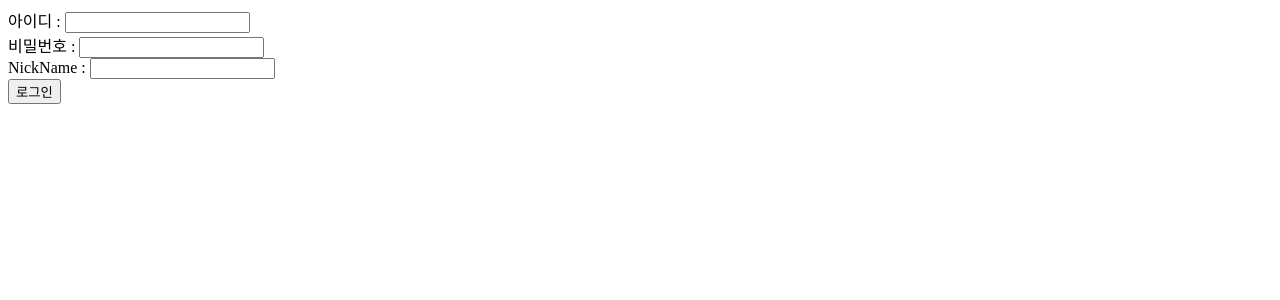
Repository: eyonghwan/jsp_practice
Page: http://localhost/JSPBasic/JspObject/5.session/session_login.jsp
An editor plug-in stored every save of this project. The page is shown before and after the next save, followed by the edit.
The browser window is 1280 px wide. The pictures show the whole page.
The page is served by Tomcat 9.

Above is the page before, as saved 2022-02-08 02:47:42.

### JSPBasic/src/main/webapp/JspObject/5.session/session_login.jsp
<%@ page language="java" contentType="text/html; charset=UTF-8"
    pageEncoding="UTF-8"%>
<!DOCTYPE html>
<html>
<head>
<meta charset="UTF-8">
<title>Insert title here</title>
</head>
<body>
	<%
	if(request.isRequestedSessionIdValid()) {
	String id = (String)session.getAttribute("id");
	String pw = (String)session.getAttribute("pw");
		if(id.equals("kkk1234") && pw.equals("1111")) {
			response.sendRedirect("session_welcome.jsp");
		}
	}
	%>
	<form action="session_login_check.jsp" method="post">
	아이디 : <input type="text" name="id"><br/>
	비밀번호 : <input type="password" name="pw"><br/>
	NickName : <input type="text" name="nickname"><br/>
	<input type="submit" value="로그인">
	</form>
</body>
</html>

After the next save:
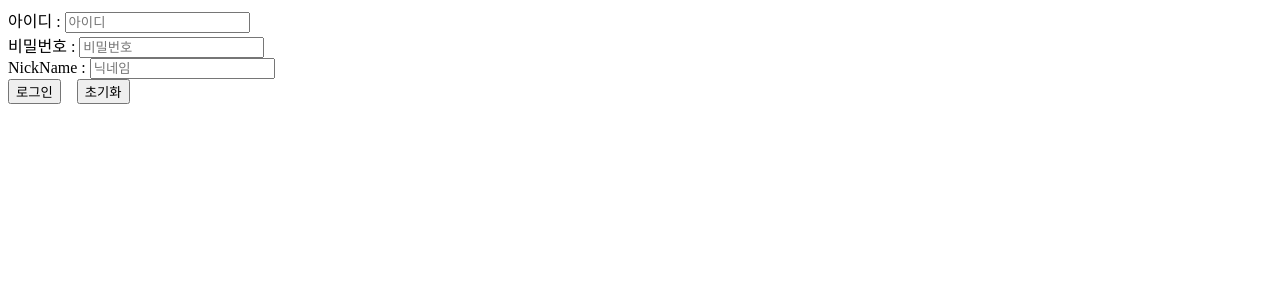
Saved 25 min 43 s later.
--- a/JSPBasic/src/main/webapp/JspObject/5.session/session_login.jsp
+++ b/JSPBasic/src/main/webapp/JspObject/5.session/session_login.jsp
@@ -17,10 +17,11 @@
 	}
 	%>
 	<form action="session_login_check.jsp" method="post">
-	아이디 : <input type="text" name="id"><br/>
-	비밀번호 : <input type="password" name="pw"><br/>
-	NickName : <input type="text" name="nickname"><br/>
-	<input type="submit" value="로그인">
+	아이디 : <input type="text" name="id" placeholder="아이디"><br/>
+	비밀번호 : <input type="password" name="pw" placeholder="비밀번호"><br/>
+	NickName : <input type="text" name="nickname" placeholder="닉네임"><br/>
+	<input type="submit" value="로그인">&nbsp;&nbsp;&nbsp;
+	<input type="reset" value="초기화">
 	</form>
 </body>
 </html>
